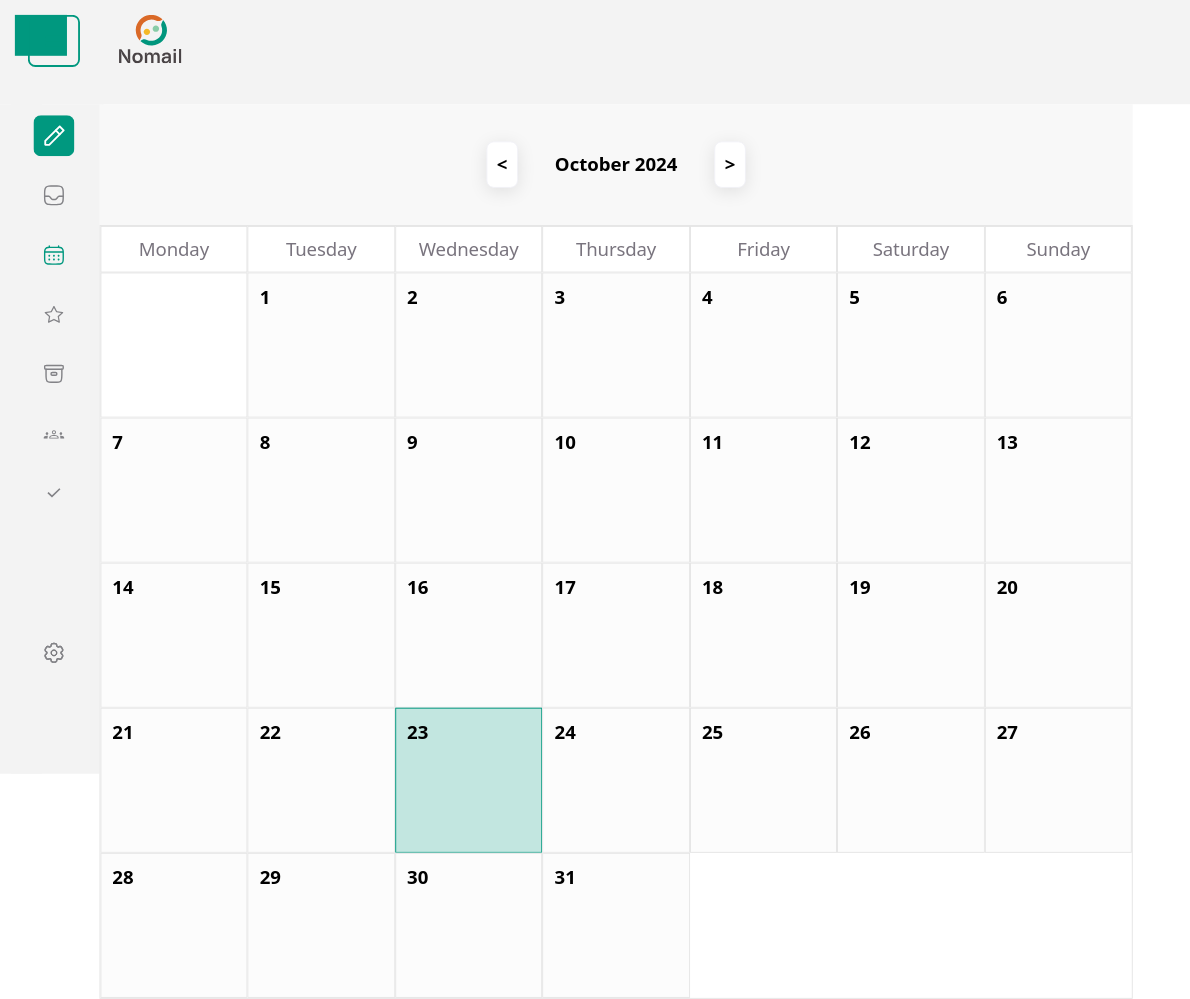
Repository: Tofigkh1/Nomail-App
Page: /calendar
The author's editor kept a copy of each file at every save. The page is drawn from the files as they stood at one save, then again after a run of saves.
The browser window is 1280 px wide. The pictures show the whole page, at 93% of full size.
The project was rebuilt for these pictures with package versions that can differ from the ones it lists, and the page was loaded fresh each time. The framework's server and built-in components were replaced by stand-ins that run in the browser. Also part of the build but not shown: next.config.mjs, components/shared/svg/calendarSvg.jsx.

Above is the page before, as saved 2024-10-23 03:24:33.

After the next 2 saves:
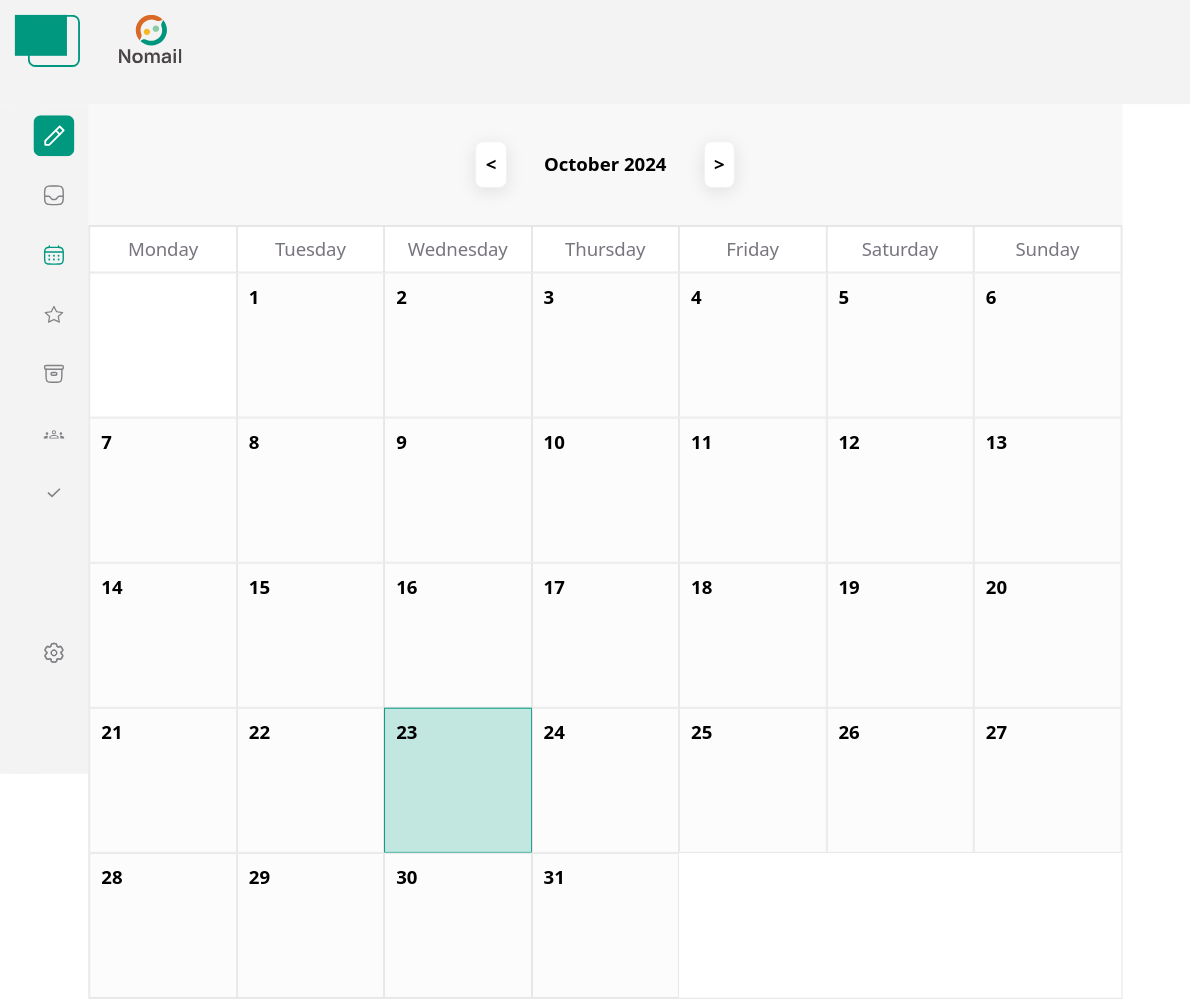
The 2 saves are shown as one change because they came seconds apart.
The last was saved 6 s later.
--- a/components/shared/client/Calendar/Calendar.css
+++ b/components/shared/client/Calendar/Calendar.css
@@ -3,7 +3,7 @@
     background-color: #f8f8f8;
     color: black;
     margin: 0 auto;
-    margin
+    margin-left: 50px;
   }
 
   .calendar-header {
